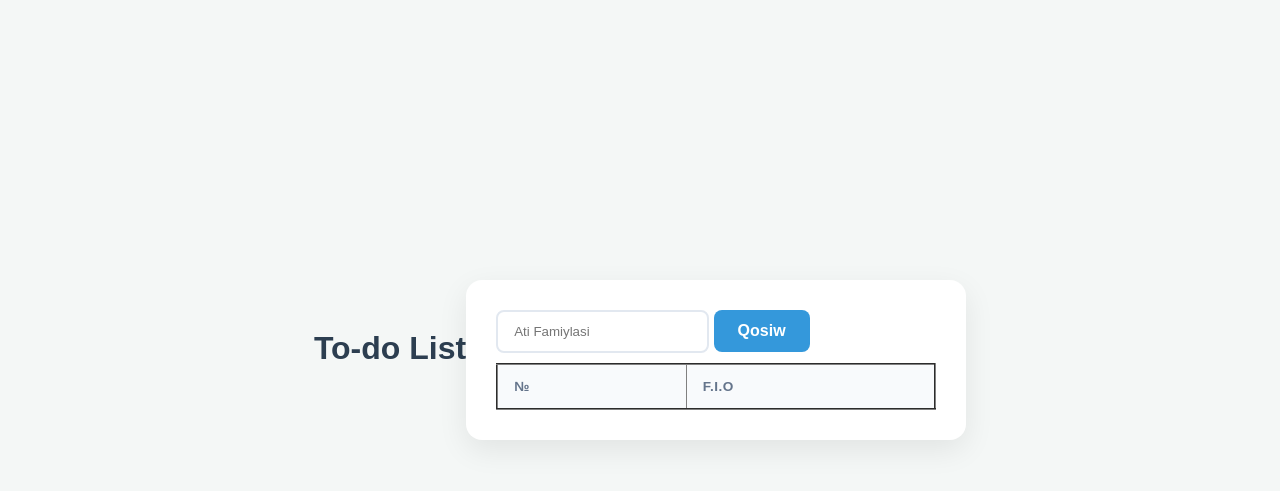
Repository: atamuratov777/my-to-do-list
Page: index.html
These files come from the project's save history. The page is drawn as it stood at one moment and after the next save; the edit follows.
The browser window is 1280 px wide. The pictures show the whole page.

Above is the page before, as saved 2026-06-18 14:13:25.

After the next save:
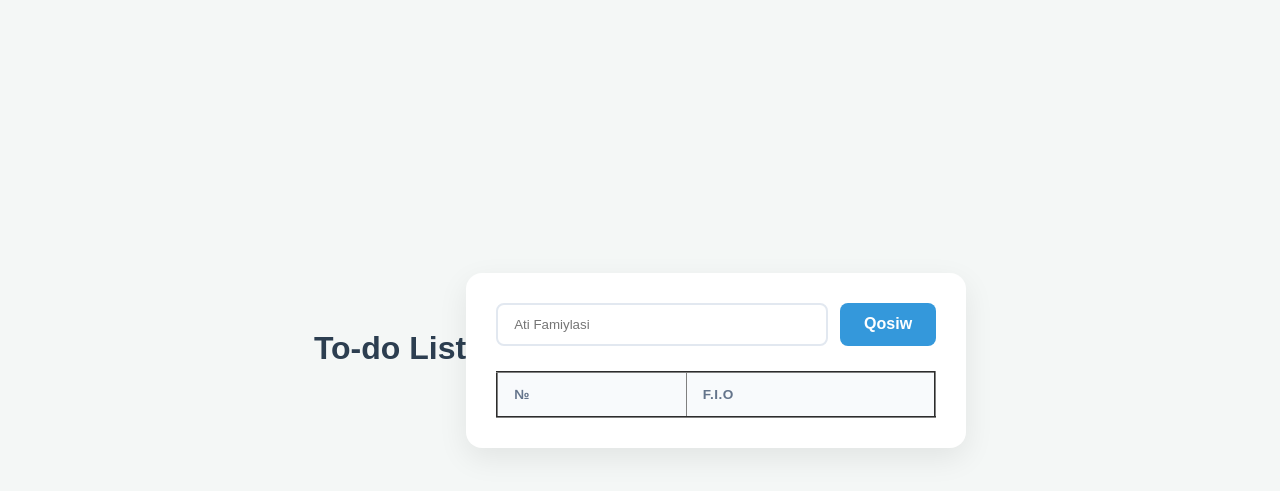
Saved 8 s later.
--- a/style.css
+++ b/style.css
@@ -38,7 +38,7 @@ h1 {
 }
 
 /* Форма ввода */
-.forms {
+.textName {
     display: flex;
     gap: 12px;
     margin-bottom: 25px;
